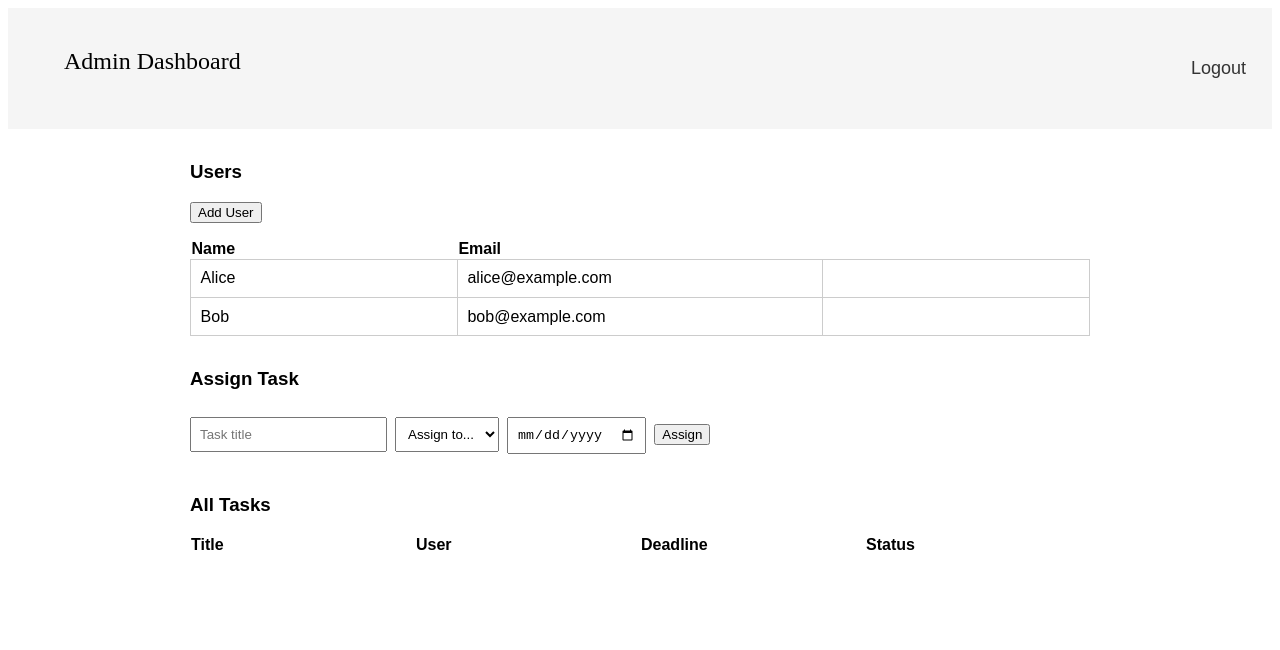
Repository: Edmund-Kiama/todoPHP
Page: /admin (app in task-manager-frontend/)
The author's editor kept a copy of each file at every save. The page is drawn from the files as they stood at one save, then again after the next save.
The browser window is 1280 px wide. The pictures show the whole page.
The project was rebuilt for these pictures with package versions that can differ from the ones it lists, and the page was loaded fresh each time. Also part of the build but not shown: task-manager-frontend/vite.config.js, task-manager-frontend/src/components/Login/login.css, task-manager-frontend/src/components/Login/Login.vue, task-manager-frontend/src/components/User/UserDashboard.vue.

Above is the page before, as saved 2025-07-12 21:21:10.

After the next save:
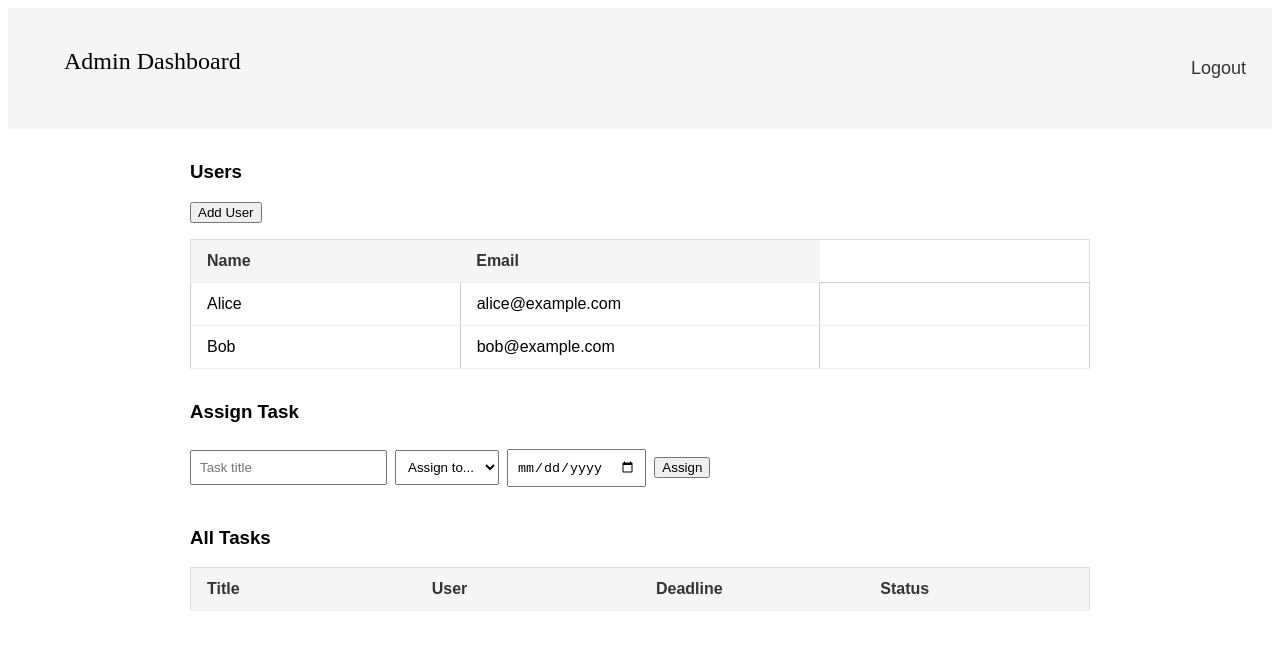
Saved 70 s later.
--- a/task-manager-frontend/src/components/Admin/admin.css
+++ b/task-manager-frontend/src/components/Admin/admin.css
@@ -16,25 +16,47 @@
   border-radius: 4px;
   cursor: pointer; */
 }
-
 .admin-dashboard table {
   width: 100%;
   border-collapse: collapse;
-  border: none;
   margin-top: 1rem;
+  font-family: sans-serif;
+  border: 1px solid #ddd;
 }
+
+.admin-dashboard th,
+.admin-dashboard td {
+  padding: 0.75rem 1rem;
+  text-align: left;
+  border-bottom: 1px solid #eee;
+  vertical-align: middle;
+  min-width: 100px;
+}
+
+.admin-dashboard th {
+  background-color: #f5f5f5;
+  font-weight: bold;
+  color: #333;
+}
+
 .admin-dashboard td button {
   display: none;
+  background-color: #4DA2F7;
+  color: white;
+  border: none;
+  padding: 5px 10px;
+  margin-right: 5px;
+  border-radius: 4px;
+  cursor: pointer;
+  transition: background-color 0.2s ease;
 }
+
+.admin-dashboard td button:hover {
+  background-color: #1c74d9;
+}
+
 .admin-dashboard tr:hover td button {
   display: inline-block;
-  margin-right: 5px;
-}
-
-.admin-dashboard th,.admin-dashboard td {
-  padding: 2 rem;
-  width: 100px;
-  text-align: left;
 }
 
 .admin-dashboard input, .admin-dashboard select {
